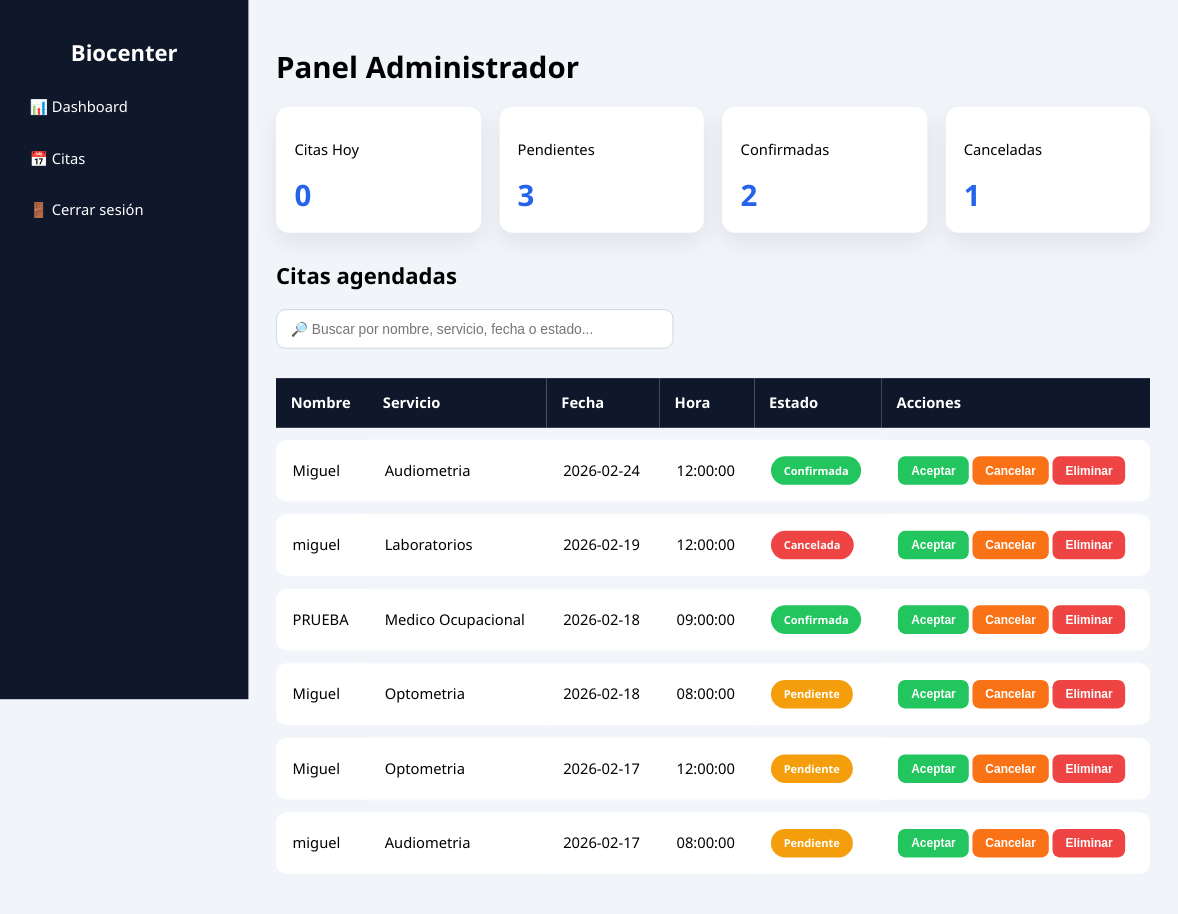
Repository: Miguelperdomo/Biocenter
Page: http://localhost/public_html/PHP/panel.php
These files come from the project's save history. The page is drawn as it stood at one moment and after the next save; the edit follows.
The browser window is 1280 px wide. The pictures show the whole page, at 92% of full size.
The page is run by PHP 8.4 with error messages shown; the project is at /var/www/html/. The session is filled in as if someone had signed in: {"admin": {"id": 1, "usuario": "admin", "email": "perdomomiguel2004@gmail.com"}}. Other server files are loaded and not shown. The database holds what the project's SQL file puts in it.

Above is the page before, as saved 2026-02-18 10:07:51.

### PHP/panel.php
<?php
session_start();
require "../conection/conexion.php";

if(!isset($_SESSION['admin'])){
    header("Location: ../login.php");
    exit();
}

/* CONTADORES */
$hoy = date("Y-m-d");

$citasHoy = $conn->query("SELECT COUNT(*) total FROM citas WHERE fecha='$hoy'")->fetch_assoc()['total'];
$pendientes = $conn->query("SELECT COUNT(*) total FROM citas WHERE estado='Pendiente'")->fetch_assoc()['total'];
$confirmadas = $conn->query("SELECT COUNT(*) total FROM citas WHERE estado='Confirmada'")->fetch_assoc()['total'];
$canceladas = $conn->query("SELECT COUNT(*) total FROM citas WHERE estado='Cancelada'")->fetch_assoc()['total'];

$citas = $conn->query("SELECT * FROM citas ORDER BY fecha DESC, hora DESC");
?>

<!DOCTYPE html>
<html lang="es">
<head>
<meta charset="UTF-8">
<meta name="viewport" content="width=device-width, initial-scale=1.0">
<title>Panel Administrador</title>

<style>

/* ===== GENERAL ===== */
body{
    margin:0;
    font-family:'Segoe UI';
    display:flex;
    background:#f1f5f9;
}

/* ===== SIDEBAR ===== */
.sidebar{
    width:230px;
    background:#0f172a;
    height:100vh;
    color:white;
    padding:20px;
}

.sidebar h2{text-align:center;}

.sidebar a{
    display:block;
    color:white;
    text-decoration:none;
    padding:12px;
    margin:10px 0;
    border-radius:8px;
    transition:.3s;
}

.sidebar a:hover{background:#2563eb;}

/* ===== CONTENIDO ===== */
.main{flex:1;padding:30px;}

.cards{
    display:grid;
    grid-template-columns:repeat(auto-fit,minmax(200px,1fr));
    gap:20px;
    margin-bottom:30px;
}

.card{
    background:white;
    padding:20px;
    border-radius:14px;
    box-shadow:0 10px 25px rgba(0,0,0,.08);
}

.card h3{margin:0;font-size:32px;color:#2563eb;}

/* ===== TABLA ===== */

/* ===== TABLA PREMIUM IPS ===== */

table{
    width:100%;
    border-collapse:separate;
    border-spacing:0 12px; /* 👈 separa filas */
}

th{
    background:#0f172a;
    color:white;
    padding:16px;
    font-weight:600;
    text-align:left;
}

td{
    background:white;
    padding:18px;
    border-top:1px solid #f1f5f9;
    border-bottom:1px solid #f1f5f9;
}

/* esquinas redondeadas de filas */

tr td:first-child{
    border-radius:12px 0 0 12px;
}

tr td:last-child{
    border-radius:0 12px 12px 0;
}

/* hover profesional */

tr:hover td{
    background:#f8fafc;
    transition:.3s;
}

/* ===== ESTADOS ===== */

.estado{
    padding:7px 14px;
    border-radius:30px;
    font-size:12px;
    font-weight:600;
    color:white;
    display:inline-block;
}

.pendiente{background:#f59e0b;}
.confirmada{background:#22c55e;}
.cancelada{background:#ef4444;}

/* ===== CONTENEDOR ACCIONES ===== */

.acciones{
    display:flex;
    gap:8px;
    background:#f1f5f9;
    padding:8px;
    border-radius:10px;
    width:max-content;
}

/* ===== BOTONES PREMIUM ===== */

.btn{
    border:none;
    padding:8px 14px;
    border-radius:8px;
    font-size:13px;
    font-weight:600;
    cursor:pointer;
    transition:.25s;
    color:white;
}

.accept{background:#22c55e;}
.cancel{background:#f97316;}
.delete{background:#ef4444;}

.btn:hover{
    transform:translateY(-2px);
    box-shadow:0 6px 14px rgba(0,0,0,.15);
}




/* ===== MODAL PREMIUM ===== */
.modal{
    display:none;
    position:fixed;
    inset:0;
    background:rgba(15,23,42,.7);
    backdrop-filter:blur(6px);
    justify-content:center;
    align-items:center;
}

.modal-content{
    background:white;
    border-radius:18px;
    padding:35px;
    width:90%;
    max-width:420px;
    text-align:center;
    box-shadow:0 20px 50px rgba(0,0,0,.25);
}

.modal-icon{font-size:50px;margin-bottom:15px;}

.modal-actions{
    display:flex;
    gap:15px;
    margin-top:20px;
}

.modal-actions button{
    flex:1;
    padding:12px;
    border:none;
    border-radius:10px;
    font-weight:600;
    cursor:pointer;
}

.btn-primary{background:#2563eb;color:white;}
.btn-secondary{background:#e2e8f0;color:#334155;}

/* BUSCADOR PROFESIONAL */

/* BUSCADOR PROFESIONAL IZQUIERDA */

.search-box{
    margin-bottom:20px;
    display:flex;
    justify-content:flex-start; /* 👈 CAMBIO CLAVE */
}

.search-box input{
    width:350px;
    max-width:100%;
    padding:12px 15px;
    border-radius:10px;
    border:1px solid #cbd5e1;
    font-size:15px;
    transition:.3s;
    background:#fff;
}
.search-box{
    margin:20px 0;
}

.search-box input{
    width:100%;
    max-width:400px;
}



.search-box input:focus{
    outline:none;
    border-color:#2563eb;
    box-shadow:0 0 8px rgba(37,99,235,.25);
}


</style>
</head>

<body>

<div class="sidebar">
<h2>Biocenter</h2>
<a href="#">📊 Dashboard</a>
<a href="#">📅 Citas</a>
<a href="logout.php">🚪 Cerrar sesión</a>
</div>

<div class="main">

<h1>Panel Administrador</h1>

<div class="cards">
<div class="card"><p>Citas Hoy</p><h3><?=$citasHoy?></h3></div>
<div class="card"><p>Pendientes</p><h3><?=$pendientes?></h3></div>
<div class="card"><p>Confirmadas</p><h3><?=$confirmadas?></h3></div>
<div class="card"><p>Canceladas</p><h3><?=$canceladas?></h3></div>
</div>

<h2>Citas agendadas</h2>

<div class="search-box">
    <input type="text" id="buscarCita" placeholder="🔎 Buscar por nombre, servicio, fecha o estado...">
</div>

<table>
<tr>
<th>Nombre</th>
<th>Servicio</th>
<th>Fecha</th>
<th>Hora</th>
<th>Estado</th>
<th>Acciones</th>
</tr>

<?php while($row=$citas->fetch_assoc()): ?>

<tr>
<td><?=$row['nombre_completo']?></td>
<td><?=$row['tipo_servicio']?></td>
<td><?=$row['fecha']?></td>
<td><?=$row['hora']?></td>

<td>
<span class="estado
<?= $row['estado']=="Pendiente"?"pendiente":($row['estado']=="Confirmada"?"confirmada":"cancelada") ?>">
<?=$row['estado']?>
</span>
</td>

<td>
<button class="btn accept" onclick="confirmar(<?=$row['id']?>,'confirmar')">Aceptar</button>
<button class="btn cancel" onclick="confirmar(<?=$row['id']?>,'cancelar')">Cancelar</button>
<button class="btn delete" onclick="confirmar(<?=$row['id']?>,'eliminar')">Eliminar</button>
</td>
</tr>

<?php endwhile; ?>
</table>

</div>

<!-- MODAL CONFIRM -->
<div id="modalConfirm" class="modal">
<div class="modal-content">
<div class="modal-icon" id="icono">⚠️</div>
<h2 id="titulo"></h2>
<p id="texto"></p>
<div class="modal-actions">
<button class="btn-primary" onclick="ejecutar()">Confirmar</button>
<button class="btn-secondary" onclick="cerrar()">Cancelar</button>
</div>
</div>
</div>

<form id="formAccion" method="POST" action="accion_cita.php">
<input type="hidden" name="id" id="idCita">
<input type="hidden" name="accion" id="accionCita">
</form>

<script>

let idActual="";
let accionActual="";

function confirmar(id,accion){

idActual=id;
accionActual=accion;

document.getElementById("modalConfirm").style.display="flex";

if(accion=="confirmar"){
icono.innerHTML="🟢";
titulo.innerText="Confirmar Cita";
texto.innerText="¿Deseas confirmar esta cita médica?";
}

if(accion=="cancelar"){
icono.innerHTML="🟠";
titulo.innerText="Cancelar Cita";
texto.innerText="¿Deseas cancelar esta cita?";
}

if(accion=="eliminar"){
icono.innerHTML="🔴";
titulo.innerText="Eliminar Cita";
texto.innerText="Esta acción no se puede deshacer.";
}
}

function cerrar(){
document.getElementById("modalConfirm").style.display="none";
}

function ejecutar(){
document.getElementById("idCita").value=idActual;
document.getElementById("accionCita").value=accionActual;
document.getElementById("formAccion").submit();
}

</script>

<script>

const buscador = document.getElementById("buscarCita");

buscador.addEventListener("keyup", function(){

    let filtro = buscador.value.toLowerCase();
    let filas = document.querySelectorAll("table tr");

    filas.forEach((fila, index) => {

        if(index === 0) return; // saltar encabezado

        let texto = fila.textContent.toLowerCase();

        if(texto.includes(filtro)){
            fila.style.display = "";
        }else{
            fila.style.display = "none";
        }

    });

});

</script>


</body>
</html>

### conection/conexion.php
<?php
$host="localhost";
$user="root";
$pass="";
$db="biocenter";

$conn=new mysqli($host,$user,$pass,$db);

if($conn->connect_error){
    die("Error de conexión");
}
?>

### biocenter (2).sql (the tables this page reads)
CREATE TABLE `citas` (
  `id` int(11) NOT NULL,
  `nombre_completo` varchar(150) NOT NULL,
  `email` varchar(120) NOT NULL,
  `telefono` varchar(20) NOT NULL,
  `tipo_servicio` enum('Medico Ocupacional','Optometria','Audiometria','Laboratorios') NOT NULL,
  `tipo_usuario` enum('Persona Natural','Empresa') NOT NULL,
  `fecha` date NOT NULL,
  `hora` time NOT NULL,
  `estado` enum('Pendiente','Confirmada','Cancelada') DEFAULT 'Pendiente',
  `fecha_registro` timestamp NOT NULL DEFAULT current_timestamp(),
  `observaciones` text DEFAULT NULL
) ENGINE=InnoDB DEFAULT CHARSET=utf8mb4 COLLATE=utf8mb4_general_ci;

INSERT INTO `citas` (`id`, `nombre_completo`, `email`, `telefono`, `tipo_servicio`, `tipo_usuario`, `fecha`, `hora`, `estado`, `fecha_registro`, `observaciones`) VALUES
(1, 'Miguel', 'sistemas@gamil.com', '3160539301', 'Optometria', 'Persona Natural', '2026-02-18', '08:00:00', 'Pendiente', '2026-02-17 17:58:15', 'Pruebaaa'),
(2, 'PRUEBA', 'thebugscompile@gmail.com', '3133854821', 'Medico Ocupacional', 'Empresa', '2026-02-18', '09:00:00', 'Confirmada', '2026-02-17 18:01:56', 'Purba'),
(3, 'miguel', 'biocentersaludocupacional@gmail.com', '3123591195', 'Laboratorios', 'Empresa', '2026-02-19', '12:00:00', 'Cancelada', '2026-02-17 18:03:08', 'sdfafaswdfasdf'),
(4, 'Miguel', 'thebugscompile@gmail.com', '3160539301', 'Optometria', 'Empresa', '2026-02-17', '12:00:00', 'Pendiente', '2026-02-17 18:10:38', 'sdds'),
(5, 'miguel', 'biocentersaludocupacional@gmail.com', '3133854821', 'Audiometria', 'Empresa', '2026-02-17', '08:00:00', 'Pendiente', '2026-02-17 18:13:50', 'VJF'),
(6, 'Miguel', 'thebugscompile@gmail.com', '3133854821', 'Audiometria', 'Empresa', '2026-02-24', '12:00:00', 'Confirmada', '2026-02-17 18:19:38', 'prueba');

ALTER TABLE `citas`
  ADD PRIMARY KEY (`id`);

ALTER TABLE `citas`
  MODIFY `id` int(11) NOT NULL AUTO_INCREMENT, AUTO_INCREMENT=8;

After the next save:
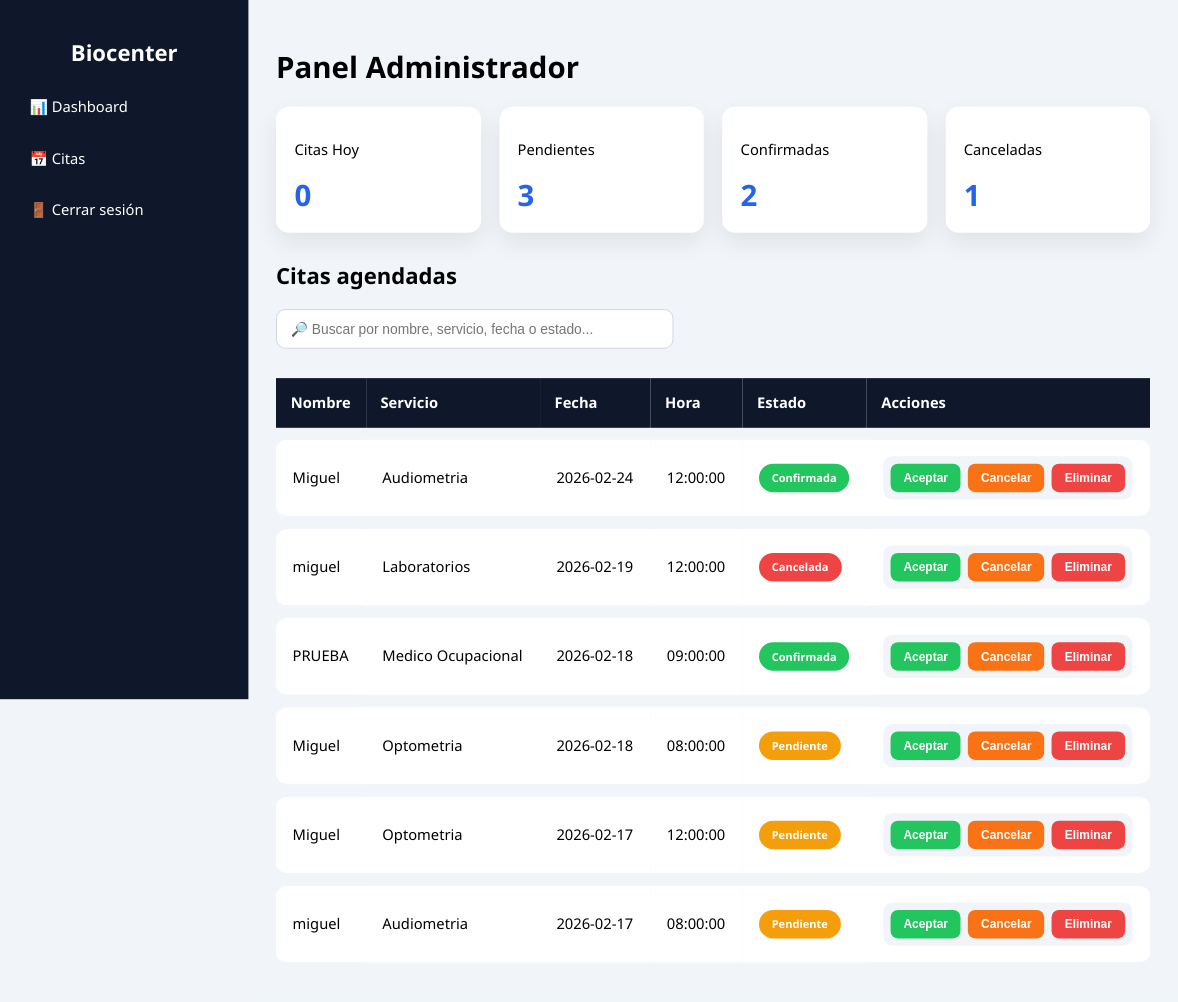
Saved 34 s later.
--- a/PHP/panel.php
+++ b/PHP/panel.php
@@ -304,10 +304,13 @@ tr:hover td{
 </td>
 
 <td>
+<div class="acciones">
 <button class="btn accept" onclick="confirmar(<?=$row['id']?>,'confirmar')">Aceptar</button>
 <button class="btn cancel" onclick="confirmar(<?=$row['id']?>,'cancelar')">Cancelar</button>
 <button class="btn delete" onclick="confirmar(<?=$row['id']?>,'eliminar')">Eliminar</button>
+</div>
 </td>
+
 </tr>
 
 <?php endwhile; ?>
